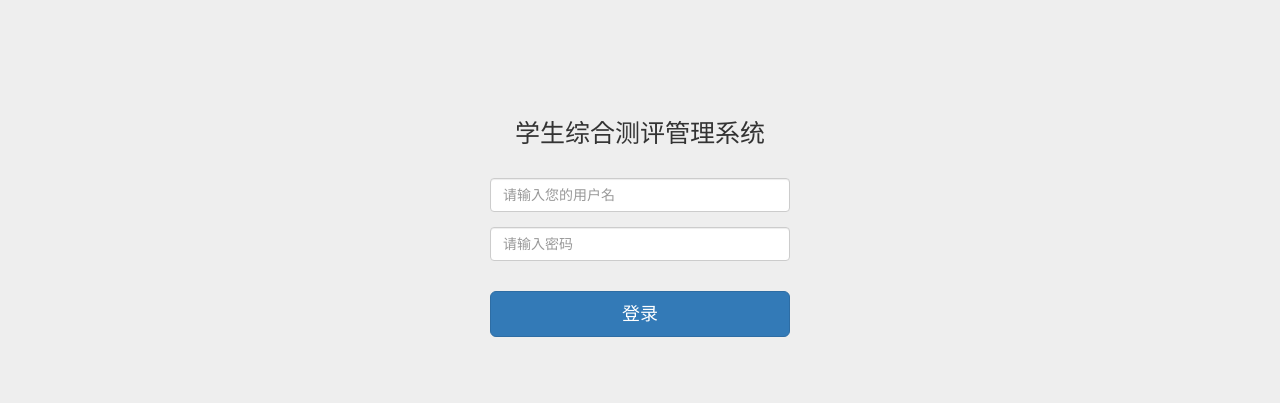
Repository: wyubb/Java
Page: Chapter3/WebContent/login.html
The author's editor kept a copy of each file at every save. The page is drawn from the files as they stood at one save, then again after the next save.
The browser window is 1280 px wide. The pictures show the whole page.

Above is the page before, as saved 2019-04-11 12:46:34.

### Chapter3/WebContent/login.html
<!DOCTYPE html>
<html lang="en">
<head>
  <meta charset="UTF-8">
  <meta name="viewport" content="width=device-width, initial-scale=1.0">
  <meta http-equiv="X-UA-Compatible" content="ie=edge">
  <title>登录</title>

  <!-- 引入 Bootstrap 样式库 -->
  <link href="./libs/bootstrap@3.3.7.min.css" rel="stylesheet">

  <!-- HTML5 shim 和 Respond.js 是为了让 IE8 支持 HTML5 元素和媒体查询（media queries）功能 -->
  <!-- 警告：通过 file:// 协议（就是直接将 html 页面拖拽到浏览器中）访问页面时 Respond.js 不起作用 -->
  <!--[if lt IE 9]>
    <script src="https://cdn.jsdelivr.net/npm/html5shiv@3.7.3/dist/html5shiv.min.js"></script>
    <script src="https://cdn.jsdelivr.net/npm/respond.js@1.4.2/dest/respond.min.js"></script>
  <![endif]-->

  <!-- 本页面样式  -->
  <style>
    body {
      background-color: #eee;
    }
    .container {
      width: 330px;
      padding-top: 100px;
      display: flex;
      flex-direction: column;
      align-items: center;
    }
    h1 {
      font-size: 25px;
      font-weight: 400;
      margin-bottom: 30px;
    }
    .input {
      margin-bottom: 15px;
    }
    .btn {
      margin-top: 15px;
    }
  </style>
</head>
<body>
  <form class="container" action="">
    <h1>学生综合测评管理系统</h1>
    <input type="text" class="form-control input" placeholder="请输入您的用户名" name="username">
    <input type="password" class="form-control input" placeholder="请输入密码" name="password">
    <button class="btn btn-lg btn-primary btn-block" type="submit">登录</button>
  </form>

  <script>

  </script>
</body>
</html>

Loaded but not shown: Chapter3/WebContent/libs/bootstrap@3.3.7.min.css (library)

After the next save:
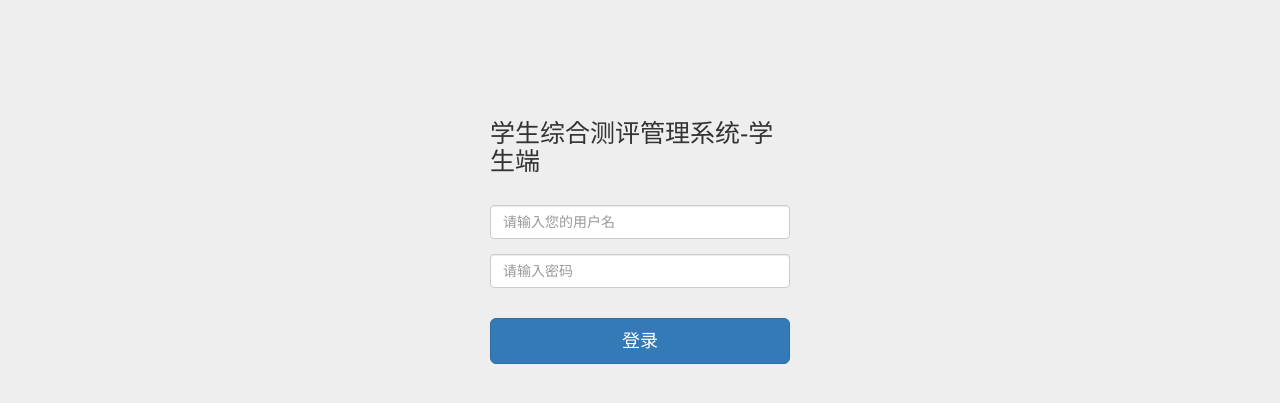
Saved 94 min 22 s later.
--- a/Chapter3/WebContent/login.html
+++ b/Chapter3/WebContent/login.html
@@ -43,7 +43,7 @@
 </head>
 <body>
   <form class="container" action="">
-    <h1>学生综合测评管理系统</h1>
+    <h1>学生综合测评管理系统-学生端</h1>
     <input type="text" class="form-control input" placeholder="请输入您的用户名" name="username">
     <input type="password" class="form-control input" placeholder="请输入密码" name="password">
     <button class="btn btn-lg btn-primary btn-block" type="submit">登录</button>
